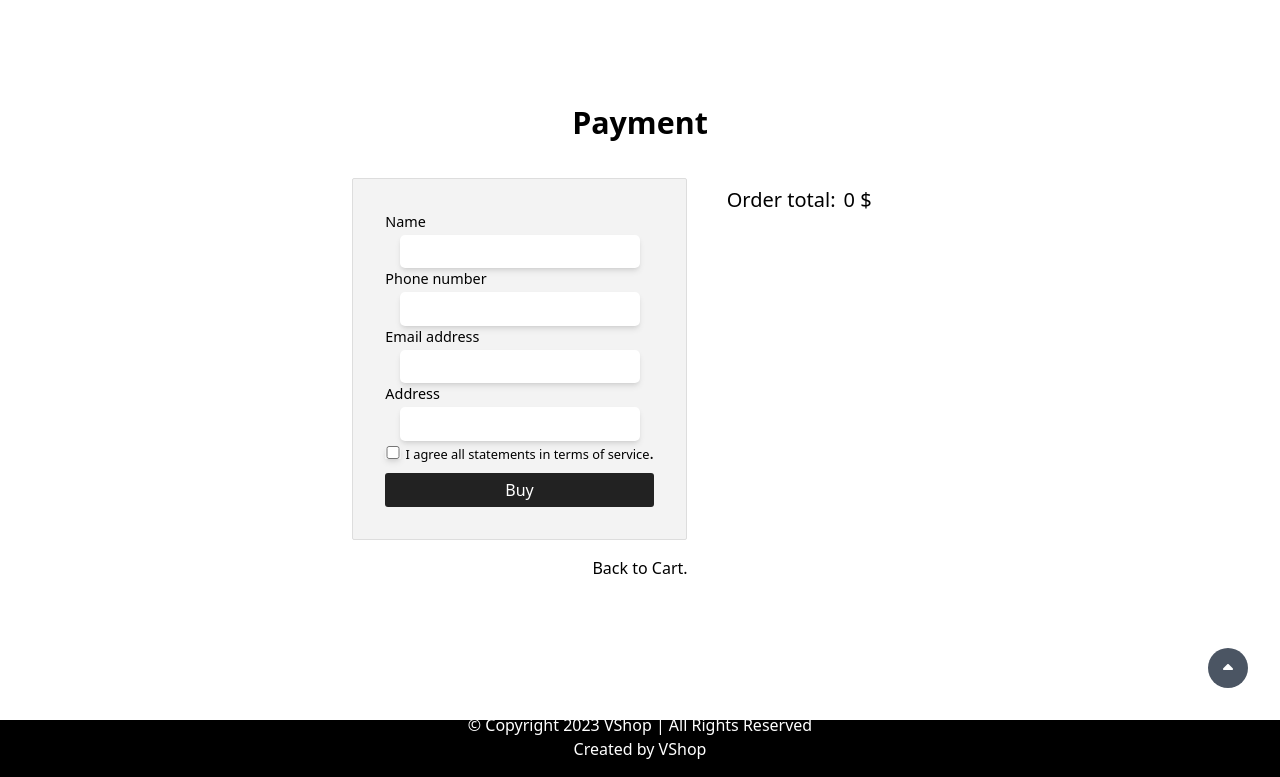
Repository: Kith933UTH/VSHOP
Page: /payment
These files come from the project's save history. The page is drawn as it stood at one moment and after the next save; the edit follows.
The browser window is 1280 px wide. The pictures show the whole page.
Pictures or frames that could not be fetched are drawn as grey boxes. The project was rebuilt for these pictures with package versions that can differ from the ones it lists, and the page was loaded fresh each time. Also part of the build but not shown: src/components/product-item/ProductItem.js, src/components/loader/Loader.js, src/constants/constants.js, src/components/product-filters/Category.js, src/components/product-filters/Price.js, src/components/product-filters/Rating.js, src/components/product-filters/ProductFilters.js, src/components/cart-shopping/CartEmpty.js and 20 more.

Above is the page before, as saved 2023-08-04 21:42:59.

### public/index.html
<!DOCTYPE html>
<html lang="en">
  <head>
    <meta charset="utf-8" />
    <link rel="icon" href="./logo.png" />
    <meta name="viewport" content="width=device-width, initial-scale=1" />
    <meta name="theme-color" content="#000000" />
    <meta
      name="description"
      content="Web site created using create-react-app"
    />
    <link rel="apple-touch-icon" href="%PUBLIC_URL%/logo192.png" />
    <!--
      manifest.json provides metadata used when your web app is installed on a
      user's mobile device or desktop. See https://developers.google.com/web/fundamentals/web-app-manifest/
    -->
    <link rel="manifest" href="%PUBLIC_URL%/manifest.json" />
    <!--
      Notice the use of %PUBLIC_URL% in the tags above.
      It will be replaced with the URL of the `public` folder during the build.
      Only files inside the `public` folder can be referenced from the HTML.

      Unlike "/favicon.ico" or "favicon.ico", "%PUBLIC_URL%/favicon.ico" will
      work correctly both with client-side routing and a non-root public URL.
      Learn how to configure a non-root public URL by running `npm run build`.
    -->
    <title>VShop</title>
  </head>
  <body>
    <noscript>You need to enable JavaScript to run this app.</noscript>
    <div id="root"></div>
  </body>
</html>

### src/index.js
import React from 'react'
import ReactDOM from 'react-dom/client'
import App from './App'
import {Provider} from "react-redux"
import {BrowserRouter} from "react-router-dom"
import {store} from "./redux"
import './index.css'

const root = ReactDOM.createRoot(document.getElementById('root'))
root.render(
    <Provider store={store}>
        <BrowserRouter>
            <App />
        </BrowserRouter>
    </Provider>
)

### src/redux/index.js
import {configureStore} from "@reduxjs/toolkit"
import {productsApi} from "./products/products.api"
import {productReducer} from "./products/products.slice"
import {setupListeners} from "@reduxjs/toolkit/query"

export const store = configureStore({
    reducer: {
        [productsApi.reducerPath]: productsApi.reducer,
        product: productReducer
    },
    middleware: getDefaultMiddleware => getDefaultMiddleware().concat(productsApi.middleware)
})

setupListeners(store.dispatch)

### src/index.css
@tailwind base;
@tailwind components;
@tailwind utilities;

@layer utilities {
    input[type="number"]::-webkit-inner-spin-button,
    input[type="number"]::-webkit-outer-spin-button {
        @apply appearance-none;
    }
}

html, body {
    width: 100%;
    height: 100%;
}

body::-webkit-scrollbar,
.box-item::-webkit-scrollbar,
.search-box::-webkit-scrollbar{
    width: 8px;
}

main {
    display: flex;
    flex-direction: column;
    height: 100%;
}

body::-webkit-scrollbar-thumb,
.box-item::-webkit-scrollbar-thumb,
.search-box::-webkit-scrollbar-thumb{
    background-color: #ccc;
    border-radius: 20px;
}

#root {
    height: 100%;
}

body {
    overflow: hidden;
}

.productItem:hover {
    transition: opacity .3s linear;
    opacity: .5;
}

.box-item {
    height: 320px;
    overflow-y: scroll;
}

/* Loader */
.loader-box {
    width: 100px;
    height: 100px;
    display: flex;
    justify-content: center;
    align-items: center;
    margin: 50px auto 0;
}

.loader{
    position: relative;
    width: 70px;
    height: 70px;
}

.loader span {
    position: absolute;
    top:0;
    left: 0;
    width: 100%;
    height: 100%;
    transform: rotate(calc(18deg * var(--i)));
}

.loader span::before {
    content:'';
    position: absolute;
    top: 0;
    left: 0;
    width: 10px;
    height: 10px;
    background: #000;
    border-radius: 50%;
    transform: scale(0);
    animation: animate 2s linear infinite;
    animation-delay: calc(0.1s * var(--i));
}
@keyframes animate {
    0%{
        transform: scale(0);
    }
    10%{
        transform: scale(1.2);
    }
    80%,100%{
        transform: scale(0);
    }
}

### src/context/context.js
import {createContext} from "react"

export const Context = createContext()

### src/components/footer/Footer.js
import React from "react"
import { Contact } from "../contact/Contact"
import { Policy } from "../policy/Policy"
export function Footer() {
    return (
        <footer className='bg-black text-white in-h-fit'>
            {/* <div className='max-w-[1240px] mx-auto py-2 text-sm sm:text-base'>
                <div className='flex justify-center'>
                    <a href='https://github.com/VolodymyrGoshko/react-shop'
                       target='_blank'
                       rel="noreferrer"
                       className='capitalize border-b mb-3 text-base hover:text-gray-300 transition'
                    >
                        view source code on github
                    </a>
                </div>
                <div className='flex justify-center flex-col items-center'>
                    <p className='text-center'>© Copyright 2022 React Shop | All Rights Reserved</p>
                    <a href='https://www.linkedin.com/in/volodymyr-goshko-656ab920b/'
                       target="_blank"
                       rel="noreferrer"
                       className='hover:text-gray-300 transition'
                    >
                        Created by Volodymyr Goshko
                    </a>
                </div>
            </div> */}
            <Contact />
            <Policy />
            <div className='flex justify-center flex-col items-center my-4'>
                    <p className='text-center'>© Copyright 2023 VShop | All Rights Reserved</p>
                    <a href='#' className='hover:text-gray-300 transition' >
                        Created by VShop
                    </a>
                </div>
        </footer>
    )
}

### src/components/btn-scroll/BtnScroll.js
import React from "react"
import {FontAwesomeIcon} from "@fortawesome/react-fontawesome"
import {faCaretUp} from "@fortawesome/free-solid-svg-icons"

export function BtnScroll() {
    const topClick = () => {
        const body = document.querySelector('body').getBoundingClientRect().top + window.scrollY
        window.scroll({
            top: body,
            behavior: 'smooth'
        })
    }

    return (
        <button
            className='fixed bottom-8 right-4 bg-gray-600 text-white rounded-full w-[30px] h-[30px] md:w-[40px] md:h-[40px] md:right-8 md:bottom-8 z-20 shadow-gray-600'
            onClick={topClick}
        >
            <FontAwesomeIcon icon={faCaretUp}/>
        </button>
    )
}

### src/components/payment/Payment.js
import React from "react"
import {useDispatch, useSelector} from "react-redux"
import { Link } from "react-router-dom"
import { CartItemPayment } from "./CartItemPayment"
export function Payment({login}) {
    const {cart, btnCart} = useSelector(state => state.product)
    const totalPrice = () => {
        let price = 0
        cart.forEach(item => price += item.price * item.quantity)
        return Math.round(price * 0.9 * 100) / 100
    }
    return (
        <div className="register-page text-center m-5-auto">
            <h2>Payment</h2>
            <div className="flex flex-row justify-center">
                <form action="/success">
                    <p>
                        <label>Name</label><br/>
                        <input className='shadow-md' type="text" name="name" required />
                    </p>
                    <p>
                        <label>Phone number</label><br/>
                        <input className='shadow-md' type="tel" name="tel" required />
                    </p>
                    <p>
                        <label>Email address</label><br/>
                        <input className='shadow-md' type="email" name="email" required />
                    </p>
                    <p>
                        <label>Address</label><br/>
                        <input className='shadow-md'  type="text" name="address" required />
                    </p>
                    <p className='mb-2'>
                        <input className='shadow-md' type="checkbox" name="checkbox" id="checkbox" required /> <span>I agree all statements in <a href="https://google.com" target="_blank" rel="noopener noreferrer">terms of service</a></span>.
                    </p>
                    <p>
                        <button id="sub_btn" type="submit">Buy</button>
                    </p>
                </form>
                <div className={`px-1 py-2 sm:py-4 sm:px-6 ${cart.length > 2 ? 'box-item' : ''}`}>
                    {cart.map(item => <CartItemPayment key={item.id} item={item}/>)}
                    <div className='w-fit py-3 px-2 rounded-xl flex flex-row justify-center items-center sm:flex-row sm:py-6 sm:px-4'>
                        <div className='mr-0 sm:mr-4'>
                            <span className='mr-2 text-base sm:text-xl'>Order total:</span>
                            <span className='text-base sm:text-xl'>{totalPrice()} $</span>
                        </div>
                    </div>
                </div>
            </div>
            <footer>
                <p><Link to="/">Back to Cart</Link>.</p>
            </footer>
        </div>
    )
}

### src/redux/products/products.api.js
import {createApi, fetchBaseQuery} from "@reduxjs/toolkit/query/react"

export const productsApi = createApi({
    reducerPath: 'products/api',
    baseQuery: fetchBaseQuery({
        baseUrl: 'https://fakestoreapi.com'
    }),
    // refetchOnFocus: true,
    endpoints: build => ({
        getProductsAll: build.query({
            query:() => ({
                url: '/products'
            })
        }),
        getProductById: build.query({
            query:(id) => ({
                url: `/products/${id}`
            })
        }),
        getProductByCategory: build.query({
            query:(category) => ({
                url: `/products/category/${category}`
            })
        })
    })
})

export const {
    useGetProductsAllQuery,
    useGetProductByIdQuery,
    useGetProductByCategoryQuery
} = productsApi

### src/components/policy/Policy.js
import React from "react"
import { Link } from "react-router-dom"
export function Policy() {
    return (
        <div className='text-white in-h-fit max-w-[1240px] mx-auto py-2 text-sm sm:text-base flex justify-around items-cente'>
            <Link className='text-lg font-medium text-center' to='/return-policy'>
                RETURN POLICIES
            </Link>
            <Link className='text-lg font-medium text-center' to='/warranty-policy'>
                WARRANTY POLICIES
            </Link>
            <Link className='text-lg font-medium text-center' to='/shipping-policy'>
                SHIPPING POLICIES
            </Link>
        </div>
    )
}

### src/components/login/index.css
/* .m-5-auto {
    margin: 5rem auto
} */

.primary-button {
    margin-top: 5rem;
    margin-right: 1rem;
    padding: .6rem;
    width: 10rem;
    background: #222;
    border: none;
    color: #fff;
    font-size: 1.2rem;
    transition: all .5s;
    cursor: pointer;
    text-transform: capitalize
}

/***    Landing Page     ***/
.main-title,
.main-para {
    color: #f1f1f1
}

.main-title {
    padding-top: 10rem;
    font-size: 5rem;
    font-family: 'Fascinate', cursive;
    text-transform: uppercase
}

.main-para {
    font-size: 2.5rem;
    text-Transform: capitalize
}

#reg_btn span {
    display: inline-block;
    position: relative;
    transition: 0.5s;
}

#reg_btn span:after {
    content: '\00bb';
    position: absolute;
    opacity: 0;
    top: 0;
    right: -20px;
    transition: 0.5s;
}

#reg_btn:hover span {
  padding-right: 25px;
}

#reg_btn:hover span:after {
  opacity: 1;
  right: 0;
}

/***    Login Page     ***/
.login-page h2 {
    font-weight: 700;
    font-size: 1.9rem;
}
.login-page {
    position: fixed;
    top: 0;
    left: 0;
    right: 0;
    bottom: 0;
    z-index: 10;
    background-color: white;
    padding-top: 100px;
}

.login-page form {
    display: inline-block;
    background: #f3f3f3;
    border: 1px solid #ddd;
    border-radius: 2px;
    padding: 2rem;
    margin: 2rem 0 1rem 0
}

.login-page form label {
    float: left;
    font-size: .9rem;
    margin: 0;
    padding: 0
}

.right-label {
    float: right;
    cursor: pointer
}

.login-page input {
    width: 15rem;
    padding: .3rem;
    border-radius: 5px;
    outline: none;
    border: none
}

#sub_btn {
    display: block;
    width: 100%;
    padding: .3rem;
    border: none;
    background: #222;
    color: #fff;
    border-radius: 3px;
}

#sub_btn:hover {
    background: #333;
    transition: all .5s
}

/* footer p {
    margin: 0;
    font-size: .9rem
} */

/***    Register Page     ***/
#checkbox {
    width: 1rem
}

form span {
    font-size: .8rem
}

#reset_pass_lbl {
    float: left
}

/***    Home Page     ***/
.home-page-title {
    color: #222
}


.register-page input {
    width: 15rem;
    padding: .3rem;
    border-radius: 5px;
    outline: none;
    border: none
}

.register-page h2 {
    font-weight: 700;
    font-size: 1.9rem;
}
.register-page {
    position: fixed;
    top: 0;
    left: 0;
    right: 0;
    bottom: 0;
    z-index: 10;
    background-color: white;
    padding-top: 100px;
}

.register-page form {
    display: inline-block;
    background: #f3f3f3;
    border: 1px solid #ddd;
    border-radius: 2px;
    padding: 2rem;
    margin: 2rem 0 1rem 0
}

.register-page form label {
    float: left;
    font-size: .9rem;
    margin: 0;
    padding: 0
}

### src/components/contact/index.css
.contact-section {
    /* height: 96vh; */
    width: 100%;
    border-bottom: 1px solid #999;
}

.form-area {
    position: relative;
    /* height:84vh; */
    width: 100%;
    background: black;
    -webkit-box-sizing: border-box;
    box-sizing: border-box;
}

.form-area .form-wrap {
    /* position: absolute; */
    /* left: 50%;
    -webkit-transform: translateX(-50%);
    -ms-transform: translateX(-50%);
    transform: translateX(-50%); */
    width: 1120px;
    background-color: white;
    background-size: cover;
    background-position: center;
    border-radius: 0.2rem;
    -webkit-box-sizing: border-box;
    box-sizing: border-box;
    -webkit-box-shadow: 0 0 0.4rem 0 #999;
    box-shadow: 0 0 0.4rem 0 #999;
}

.form-wrap .title {
    padding-top: 2.4rem;
    width: 100%;
    -webkit-box-sizing: border-box;
    box-sizing: border-box;
}

.form-wrap .title h1 {
    color: black;
    font-size: 2.6rem;
    text-align: center;
}

.form-wrap .contact-area {
    padding-top: 3rem;
    display: -webkit-box;
    display: -ms-flexbox;
    display: flex;
    width: 100%;
    height: auto;
    -webkit-box-sizing: border-box;
    box-sizing: border-box;
}

.contact-area .contact-info {
    display: flex;
    flex-direction: column;
    justify-content: center;
    align-items: center;
    width: 35%;
    height: 100%;
    margin-left: 6rem;
}

.contact-info>div {
    margin-bottom: 1rem;
    display: -webkit-box;
    display: -ms-flexbox;
    display: flex;
    -webkit-box-align: center;
    -ms-flex-align: center;
    align-items: center;
}

.contact-info>div>p {
    color: #333;
    font-size: 1.4rem;
    font-weight: 500;
    text-align: center;
}

.contact-info>div>span {
    color: #61790a;
    font-size: 2rem;
    margin-right: 0.8rem;
}

.contact-area .contact-form {
    display: -webkit-box;
    display: -ms-flexbox;
    display: flex;
    -webkit-box-orient: vertical;
    -webkit-box-direction: normal;
    -ms-flex-direction: column;
    flex-direction: column;
    width: 60%;
    height: auto;
    padding: 0 3rem;
    -webkit-box-sizing: border-box;
    box-sizing: border-box;
}

.contact-form .name-field {
    display: -webkit-box;
    display: -ms-flexbox;
    display: flex;
    -webkit-box-pack: justify;
    -ms-flex-pack: justify;
    justify-content: space-between;
}

.name-field .input-area {
    width: 48%;
}

.contact-form .input-area {
    position: relative;
    margin-bottom: 2rem;
}

.input-area input {
    height: 3rem;
    width: 100%;
    color: #333;
    font-size: 1.2rem;
    border: 2px solid #fff;
    border-radius: 0.2rem;
    /* background: #eff; */
    -webkit-box-shadow: 0 0 0.1rem #666;
    box-shadow: 0 0 0.1rem #666;
    outline: none;
    padding: 0 1rem;
    -webkit-box-sizing: border-box;
    box-sizing: border-box;
    -webkit-transition: all 0.3s ease;
    -o-transition: all 0.3s ease;
    transition: all 0.3s ease;
}

.input-area label {
    position: absolute;
    top: 50%;
    left: 1rem;
    -webkit-transform: translateY(-50%);
    -ms-transform: translateY(-50%);
    transform: translateY(-50%);
    color: #333;
    font-size: 1.2rem;
    font-weight: 500;
    -webkit-transition: all 0.3s ease;
    -o-transition: all 0.3s ease;
    transition: all 0.3s ease;
}

.input-area input:focus~label,
.input-area input:valid~label {
    top: -0.8rem;
    left: 0;
    color: #fff;
    background: #111;
    border-radius: 5px;
    padding: 0.2rem;
    font-size: 1rem;
}

.contact-form .message-area {
    position: relative;
    -webkit-box-flex: 1;
    -ms-flex: 1 1 auto;
    flex: 1 1 auto;
    height: 200px;
    width: 100%;
}

.message-area textarea {
    height: 100%;
    width: 100%;
    border: 2px solid #fff;
    outline: none;
    font-size: 1.2rem;
    padding: 1rem;
    color: #333;
    -webkit-box-sizing: border-box;
    box-sizing: border-box;
    -webkit-box-shadow: 0 0 0.1rem #666;
    box-shadow: 0 0 0.1rem #666;
    border-radius: 0.2rem;
    resize: vertical;
    -webkit-transition: all 0.3s ease;
    -o-transition: all 0.3s ease;
    transition: all 0.3s ease;
}

.message-area label {
    position: absolute;
    color: #333;
    font-weight: 500;
    font-size: 1.2rem;
    top: 1rem;
    left: 1rem;
    -webkit-transition: all 0.3s ease;
    -o-transition: all 0.3s ease;
    transition: all 0.3s ease;
}

.message-area textarea:focus~label,
.message-area textarea:valid~label {
    top: -1.6rem;
    left: 0;
    color: #fff;
    padding: 0.2rem;
    background: #111;
    font-size: 1rem;
}

.contact-form .btn {
    margin-top: 1.8rem;
}

.contact-form .btn button {
    height: 3.2rem;
    width: 8rem;
    border: none;
    outline: none;
    color: #fff;
    font-size: 1.2rem;
    background: black;
    border-radius: 0.1rem;
    cursor: pointer;
}

#contact.menu-active {
    padding-top: 2rem;
}

### src/components/contact/reponsive.css
@media screen and (min-width: 940px) and (max-width: 1360px) {
    /* .contact-section {
        height: 107vh;
    } */
    .form-area .form-wrap {
        width: 90%;
        height: 620px;
    }
}

@media screen and (max-width: 1040px) {
    .contact-area .contact-info {
        margin-left: 0;
        display: flex;
        flex-direction: column;
        justify-content: center;
        align-items: center;
    }

    .contact-area .contact-form {
        padding: 0 1.8rem;
    }

}



@media screen and (max-width: 940px) {
    /* .contact-section {
        height: 148vh;
    } */

    .form-area .form-wrap {
        padding-bottom: 3.6rem;
        width: 80%;
        height: auto;
    }

    .form-wrap .contact-area {
        -webkit-box-orient: vertical;
        -webkit-box-direction: normal;
        -ms-flex-direction: column;
        flex-direction: column;
        -webkit-box-pack: center;
        -ms-flex-pack: center;
        justify-content: center;
    }

    .contact-area .contact-info {
        width: 100%;
    }

    .contact-area .contact-form {
        width: 100%;
        padding: 1rem 4rem 0 4rem;
    }
}

/*
@media screen and (max-width: 836px) {
    .contact-section {
        min-height: 96vh;
    }
} */

@media screen and (max-width: 770px) {
    .contact-section {
        height: 1100px;
    }

    .form-area .form-wrap {
        width: 88%;
        height: auto;
    }
}

@media screen and (max-width: 680px) {
    .contact-section {
        height: 1100px;
    }


    .form-area .form-wrap {
        /* top: -82%; */
        width: 88%;
        height: auto;
    }

}


@media screen and (max-width: 490px) {
    .contact-section {
        height: 1100px;
    }

    .contact-area .contact-info {
        width: 88%;
        margin-left: 1.2rem;
    }

    .form-area .form-wrap {
        /* top: -82%; */
        width: 88%;
        height: auto;
    }

    .contact-info>div>p {
        font-size: 1.2rem;
    }

    .contact-area .contact-form {
        margin-top: 1.4rem;
        padding: 0 1.2rem;
    }

}

@media screen and (max-width: 390px) {
    .contact-section {
        height: 1130px;
    }

    .contact-area .contact-info {
        width: 80%;
        /* margin-left: 1.2rem; */
    }

    .form-area .form-wrap {
        width: 90%;
        height: auto;
    }

    .contact-info>div>p {
        font-size: 1.2rem;
    }

    .contact-area .contact-form {
        width: 100%;
        padding: 1rem 1rem 0 1rem;
    }
}


@media screen and (max-width: 340px) {
    .contact-section {
        height: 980px;
    }

    .form-area .form-wrap {
        top: -86%;
        width: 96%;
    }

    .contact-area  {
        width: 100%;
    }

    .contact-area .contact-info {
        width: 100%;
        margin-left: 1rem;
    }

    .form-wrap .title h1 {
        font-size: 2rem;
    }

    .contact-info>h2 {
        font-size: 1.6rem;
    }

    .contact-info>div>p {
        font-size: 1rem;
    }

    .contact-info>div>span {
        font-size: 1.2rem;
    }

    .input-area label {
        font-size: 1rem;
    }

    .message-area label {
        font-size: 1rem;
    }

}

Loaded but not shown: tailwind.config.js (common file); src/components/contact/Contact.js (66 lines, source omitted); src/App.js (43 lines, source omitted); src/redux/products/products.slice.js (60 lines, source omitted)

After the next save:
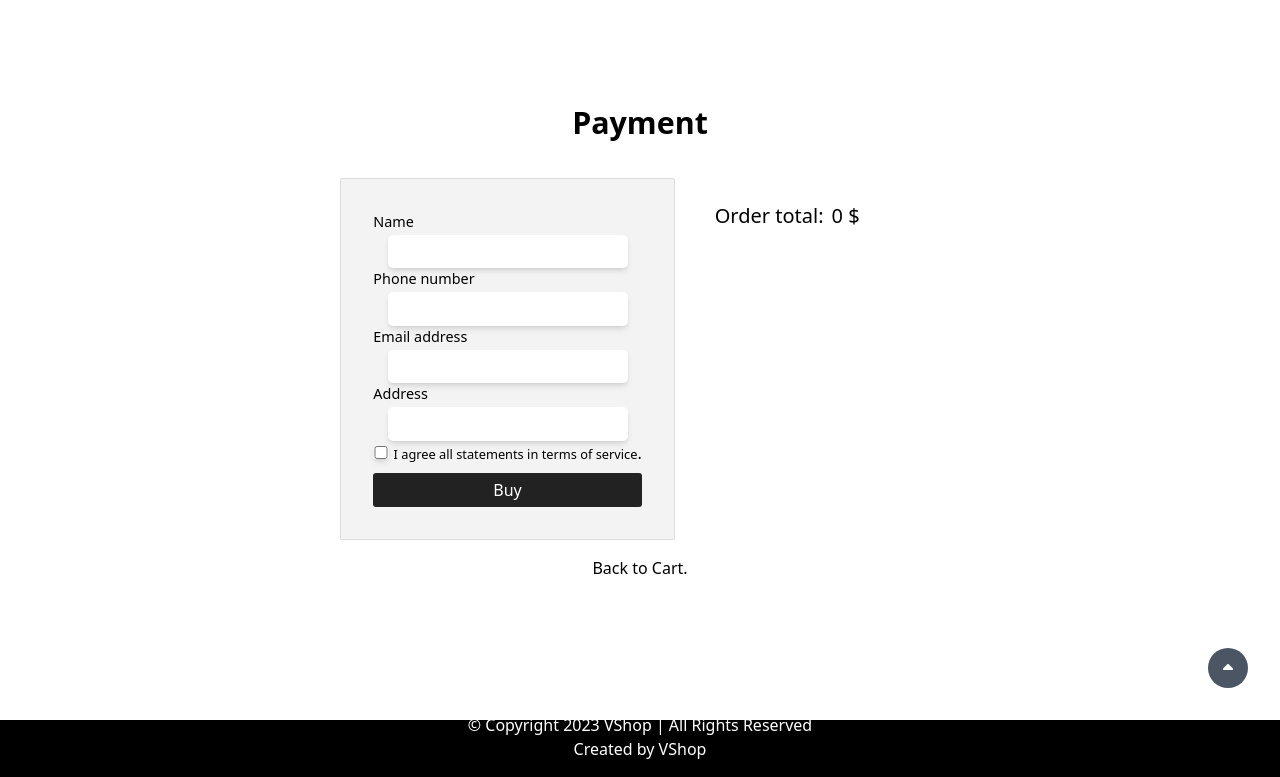
Saved 2 min 12 s later.
--- a/src/components/payment/Payment.js
+++ b/src/components/payment/Payment.js
@@ -39,10 +39,12 @@ export function Payment({login}) {
                 </form>
                 <div className={`px-1 py-2 sm:py-4 sm:px-6 ${cart.length > 2 ? 'box-item' : ''}`}>
                     {cart.map(item => <CartItemPayment key={item.id} item={item}/>)}
-                    <div className='w-fit py-3 px-2 rounded-xl flex flex-row justify-center items-center sm:flex-row sm:py-6 sm:px-4'>
-                        <div className='mr-0 sm:mr-4'>
-                            <span className='mr-2 text-base sm:text-xl'>Order total:</span>
-                            <span className='text-base sm:text-xl'>{totalPrice()} $</span>
+                    <div className='flex justify-center pr-0 py-3 sm:py-4 sm:pr-6 sm:justify-end'>
+                        <div className='w-fit py-3 px-2 rounded-xl flex flex-col justify-between items-center sm:flex-row sm:py-6 sm:px-4'>
+                            <div className='mr-0 sm:mr-4'>
+                                <span className='mr-2 text-base sm:text-xl'>Order total:</span>
+                                <span className='text-base sm:text-xl'>{totalPrice()} $</span>
+                            </div>
                         </div>
                     </div>
                 </div>
